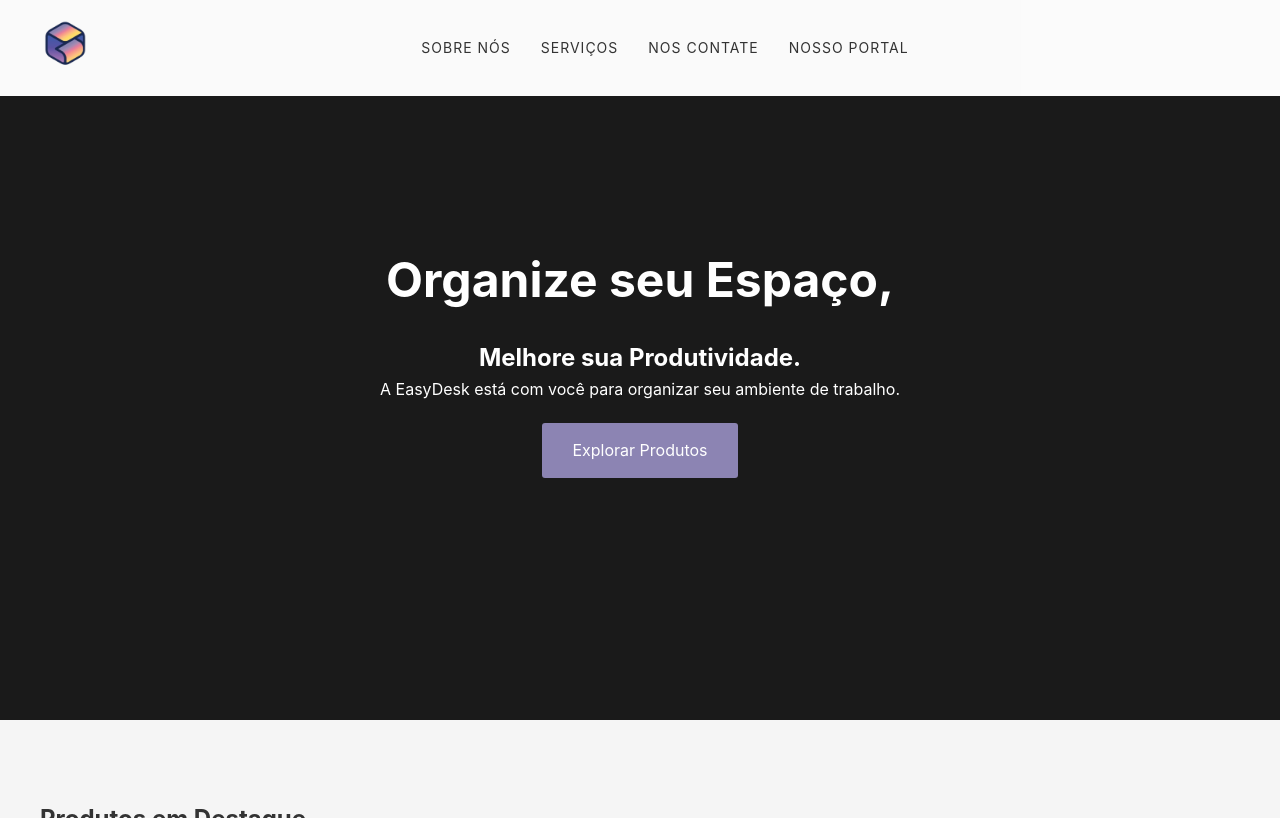
Repository: Gabrielb0rn/0EasyDesk.io
Page: index.html
The author's editor kept a copy of each file at every save. The page is drawn from the files as they stood at one save, then again after a run of saves.
The browser window is 1280 px wide. The pictures show the part of the page from y = 0 to 818 px (the page is 1927 px tall).
A picture or video elsewhere on the page could not be fetched, so the positions and the page height are approximate.

Above is the page before, as saved 2024-10-31 15:10:39.

### index.html
<!DOCTYPE html>
<html lang="pt-BR">
<head>
    <meta charset="UTF-8">
    <meta name="viewport" content="width=device-width, initial-scale=1.0">
    <title>EasyDesk</title>
    <link rel="stylesheet" href="css/main.css">
</head>
<body>
    <!-- Header Minimalista -->
    <header class="main-header">
        <nav class="nav-container">
            <div class="logo">
                <a href="/index.html"><img src="css\icons\favicon\favicon.ico" alt="EasyDesk" width="50" height="auto"></a>
            </div>
            <ul class="nav-menu">
                <li><a href="/about.html">Sobre nós</a></li>
                <li><a href="/services">Serviços</a></li>
                <li><a href="/contact">Nos contate</a></li>
                <li><a href="/login">Nosso portal</a></li>
            </ul>
            <div class="nav-icons">
                <a href="/busca"><i class="search-icon"></i></a>
                <a href="/carrinho"><i class="cart-icon"></i></a>
            </div>
        </nav>
    </header>

    <!-- Hero Section com Imagem Full-width -->
    <section class="hero">
        <div class="hero-content">
            <h1>Organize seu Espaço,<br><h2> Melhore sua Produtividade.</h2></h1>
            <h2></h2>
            <p>A EasyDesk está com você para organizar seu ambiente de trabalho.</p>
            <a href="/produtos" class="cta-button">Explorar Produtos</a>
        </div>
    </section>

    <!-- Seção de Produtos em Destaque -->
    <section class="featured-products">
        <h2>Produtos em Destaque</h2>
        <div class="product-grid">
            <!-- Repetir para cada produto -->
            <div class="product-card">
                <img src="produto1.jpg" alt="Produto 1">
                <h3>Nome do Produto</h3>
                <p>Descrição breve</p>
                <span class="price">R$ 199,00</span>
            </div>
        </div>
    </section>
    <script src="js/main.js"></script>
</body>
</html>

### css/main.css
/* Reset e Variáveis */
:root {
    --primary-color: #1a1a1a;
    --secondary-color: #f5f5f5;
    --accent-color: #8C84B3;
    --text-color: #333;
    --spacing-unit: 8px;
}

* {
    margin: 0;
    padding: 0;
    box-sizing: border-box;
}

body {
    font-family: -apple-system, BlinkMacSystemFont, 'Segoe UI', Roboto, sans-serif;
    line-height: 1.6;
    color: var(--text-color);
}

/* Header */
.main-header {
    position: fixed;
    top: 0;
    width: 100%;
    background: rgba(255, 255, 255, 0.98);
    padding: 20px 40px;
    z-index: 1000;
}

.nav-container {
    display: flex;
    justify-content: space-between;
    align-items: center;
    max-width: 1400px;
    margin: 0 auto;
}

.nav-menu {
    display: flex;
    gap: 30px;
    list-style: none;
}

.nav-menu a {
    text-decoration: none;
    color: var(--text-color);
    font-size: 14px;
    text-transform: uppercase;
    letter-spacing: 1px;
}

/* Hero Section */
.hero {
    height: 100vh;
    background-size: cover;
    background-position: center;
    display: flex;
    align-items: center;
    justify-content: center;
    text-align: center;
    color: white;
    background-color: var(--primary-color);
}

.hero-content {
    max-width: 800px;
    padding: 0 20px;
}

.hero h1 {
    font-size: 48px;
    margin-bottom: 20px;
}

.cta-button {
    display: inline-block;
    padding: 15px 30px;
    background: var(--accent-color);
    color: white;
    text-decoration: none;
    border-radius: 3px;
    margin-top: 20px;
}

/* Produtos */
.featured-products {
    padding: 80px 40px;
    background: var(--secondary-color);
}

.product-grid {
    display: grid;
    grid-template-columns: repeat(auto-fit, minmax(300px, 1fr));
    gap: 40px;
    max-width: 1400px;
    margin: 0 auto;
}

.product-card {
    text-align: center;
}

.product-card img {
    width: 100%;
    height: auto;
    margin-bottom: 20px;
}

### js/main.js
// Adicionar ao seu arquivo script.js
document.addEventListener('DOMContentLoaded', () => {
  // Animação suave no scroll
  document.querySelectorAll('a[href^="#"]').forEach(anchor => {
      anchor.addEventListener('click', function (e) {
          e.preventDefault();
          document.querySelector(this.getAttribute('href')).scrollIntoView({
              behavior: 'smooth'
          });
      });
  });

  // Header transparente que muda com scroll
  window.addEventListener('scroll', () => {
      const header = document.querySelector('.main-header');
      if (window.scrollY > 50) {
          header.classList.add('scrolled');
      } else {
          header.classList.remove('scrolled');
      }
  });
});

After the next 2 saves:
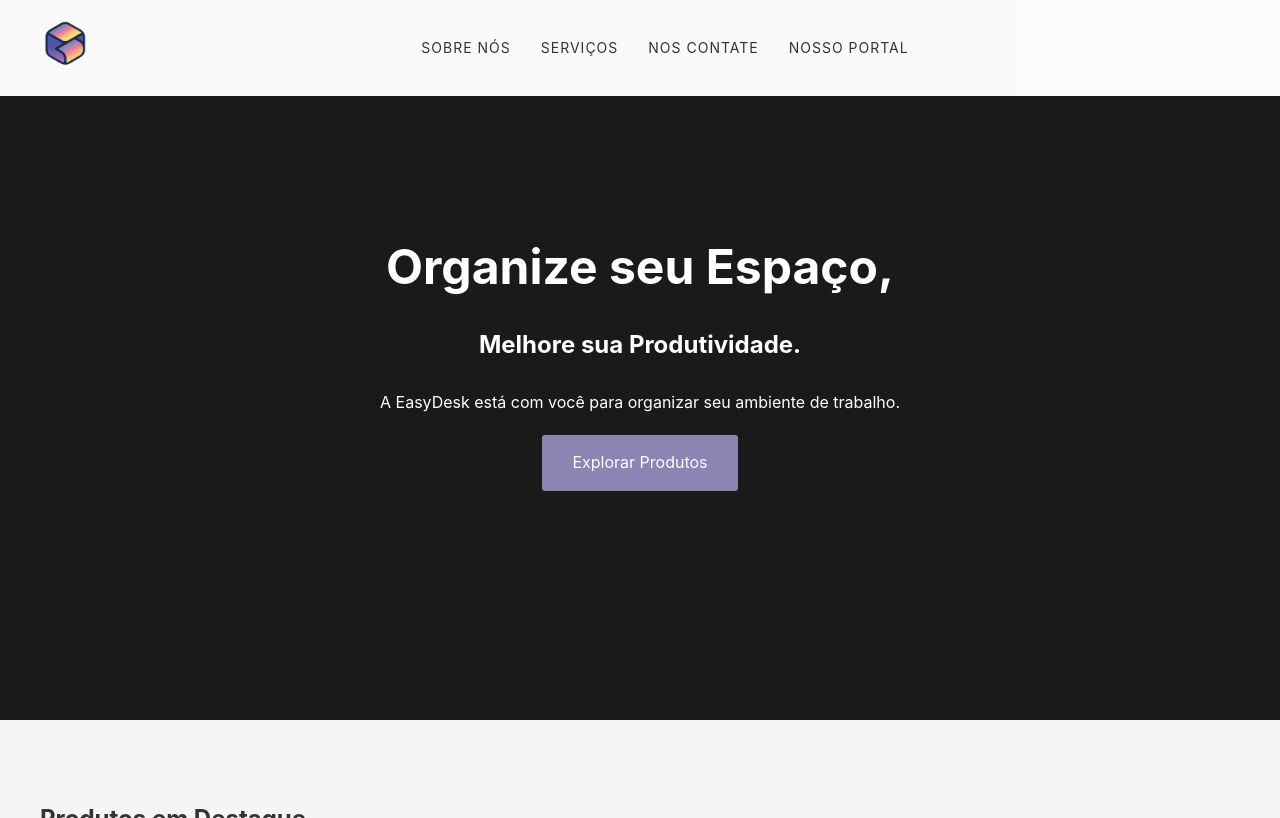
The 2 saves are shown as one change because they came seconds apart.
The last was saved 7 s later.
--- a/index.html
+++ b/index.html
@@ -29,8 +29,7 @@
     <!-- Hero Section com Imagem Full-width -->
     <section class="hero">
         <div class="hero-content">
-            <h1>Organize seu Espaço,<br><h2> Melhore sua Produtividade.</h2></h1>
-            <h2></h2>
+            <h1>Organize seu Espaço,<br><h2> Melhore sua Produtividade.</h2></h1><br>
             <p>A EasyDesk está com você para organizar seu ambiente de trabalho.</p>
             <a href="/produtos" class="cta-button">Explorar Produtos</a>
         </div>
